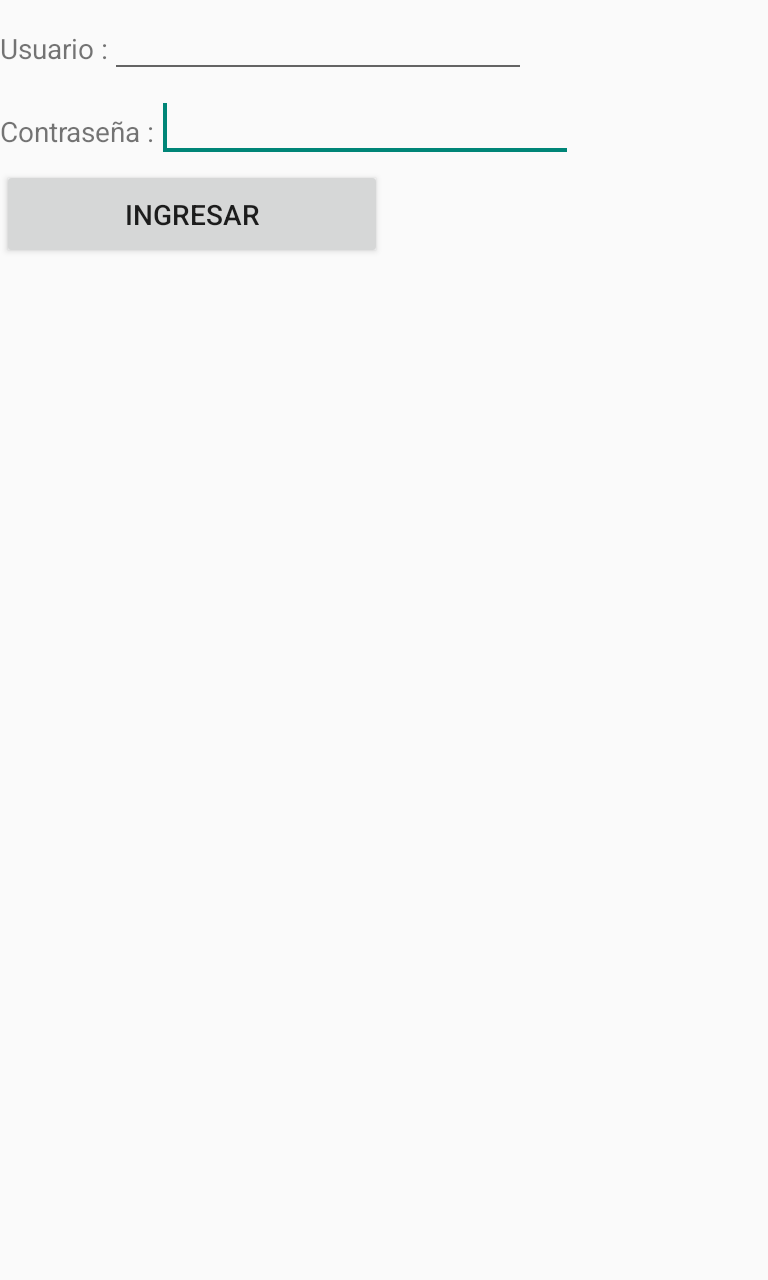
Repository: cangeles86/CarBlueMon
Layout: SanPablo.CarbluMon.Mobile/sanpablo.carblumon.mobile/res/layout/activity_main.xml
An editor plug-in stored every save of this project. The layout is shown before and after the next save, followed by the edit.
It is drawn on a 768 x 1280 px phone screen (xhdpi) without system bars, with theme AppTheme; the app's code is not run.

Above is the layout before, as saved 2014-04-12 07:32:52.

After the next save:
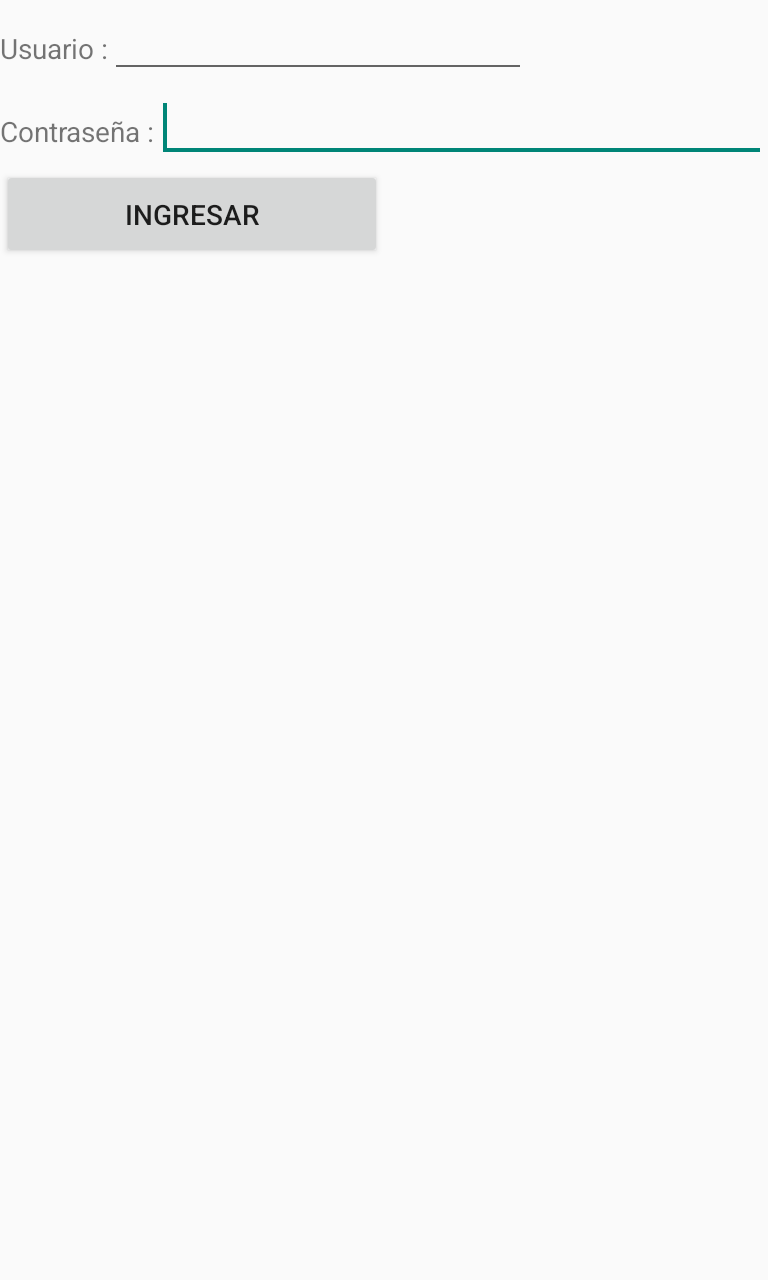
Saved 2 min 20 s later.
--- a/SanPablo.CarbluMon.Mobile/sanpablo.carblumon.mobile/res/layout/activity_main.xml
+++ b/SanPablo.CarbluMon.Mobile/sanpablo.carblumon.mobile/res/layout/activity_main.xml
@@ -37,14 +37,16 @@
             android:text="@string/lblPass" />
 
         <EditText
-            android:id="@+id/txtPass"
+            android:id="@+id/editText1"
             android:layout_width="wrap_content"
             android:layout_height="wrap_content"
+            android:layout_weight="1"
             android:ems="10"
-            android:inputType="text" >
+            android:inputType="textPassword" >
 
             <requestFocus />
         </EditText>
+
     </LinearLayout>
 
     <LinearLayout
